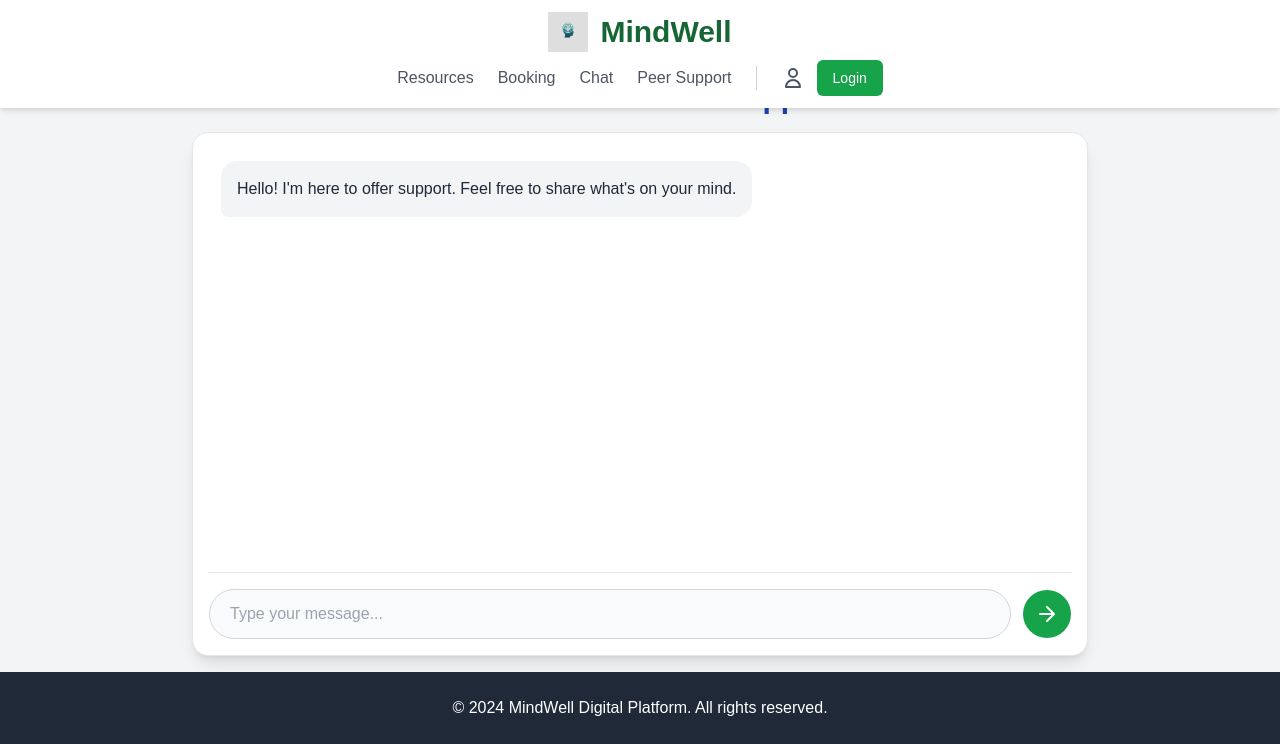
Repository: alokse24b01025/mentalhealth-project-sih-
Page: /chat (app in p1/)
An editor plug-in stored every save of this project. The page is shown before and after the next save, followed by the edit.
The browser window is 1280 px wide. The pictures show the whole page.
The project was rebuilt for these pictures with package versions that can differ from the ones it lists, and the page was loaded fresh each time. Also part of the build but not shown: p1/vite.config.js, p1/src/pages/HomePage.jsx, p1/src/components/ResourceCard.jsx, p1/src/data/mockResources.js, p1/src/pages/ResourcesPage.jsx, p1/src/components/CounselorCard.jsx, p1/src/data/mockCounselors.js, p1/src/pages/BookingPage.jsx and 4 more.

Above is the page before, as saved 2025-09-10 11:09:25.

After the next save:
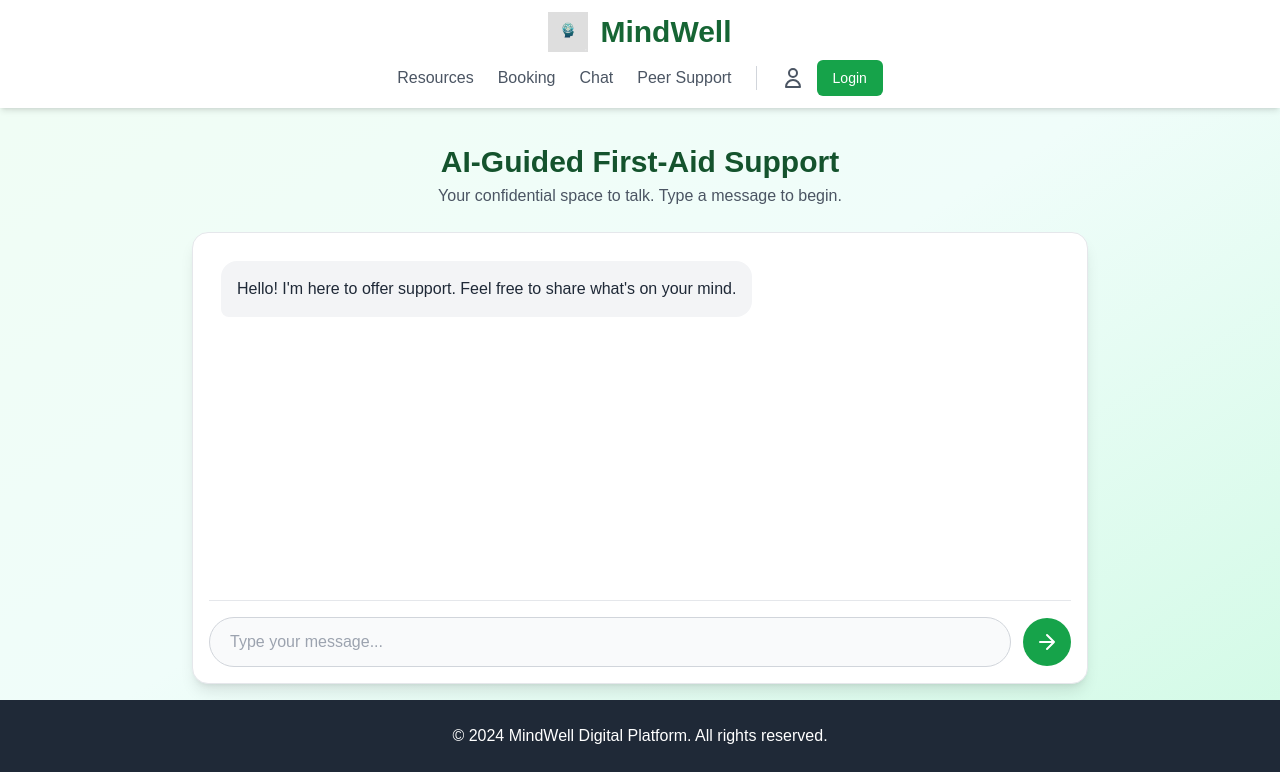
Saved 10 min 46 s later.
--- a/p1/src/pages/ChatPage.jsx
+++ b/p1/src/pages/ChatPage.jsx
@@ -5,14 +5,28 @@ import Chatbot from '../components/Chatbot';
 
 const ChatPage = () => {
   return (
-    <div className="min-h-screen flex flex-col">
+    // Updated background to match the theme
+    <div className="min-h-screen flex flex-col bg-gradient-to-br from-green-50 via-teal-50 to-emerald-100">
       <Header />
-      <main className="flex-1 bg-gray-100 pt-20 flex justify-center p-4 overflow-y-auto">
-        <div className="w-full max-w-4xl h-[80vh] flex flex-col">
-          <h2 className="text-3xl font-bold text-center text-blue-800 mb-4">AI-Guided First-Aid Support</h2>
+
+      {/* --- FIX APPLIED HERE: Increased top padding --- */}
+      <main className="flex-1 w-full flex justify-center items-center p-4 pt-36">
+
+        {/* Main container for the chat interface */}
+        <div className="w-full max-w-4xl h-[75vh] flex flex-col">
+
+          {/* Redesigned Title Section */}
+          <div className="text-center mb-6">
+            <h2 className="text-3xl font-bold text-green-900">AI-Guided First-Aid Support</h2>
+            <p className="mt-1 text-gray-600">Your confidential space to talk. Type a message to begin.</p>
+          </div>
+
+          {/* The Chatbot component itself (which is already styled) */}
           <Chatbot />
+
         </div>
       </main>
+
       <Footer />
     </div>
   );
